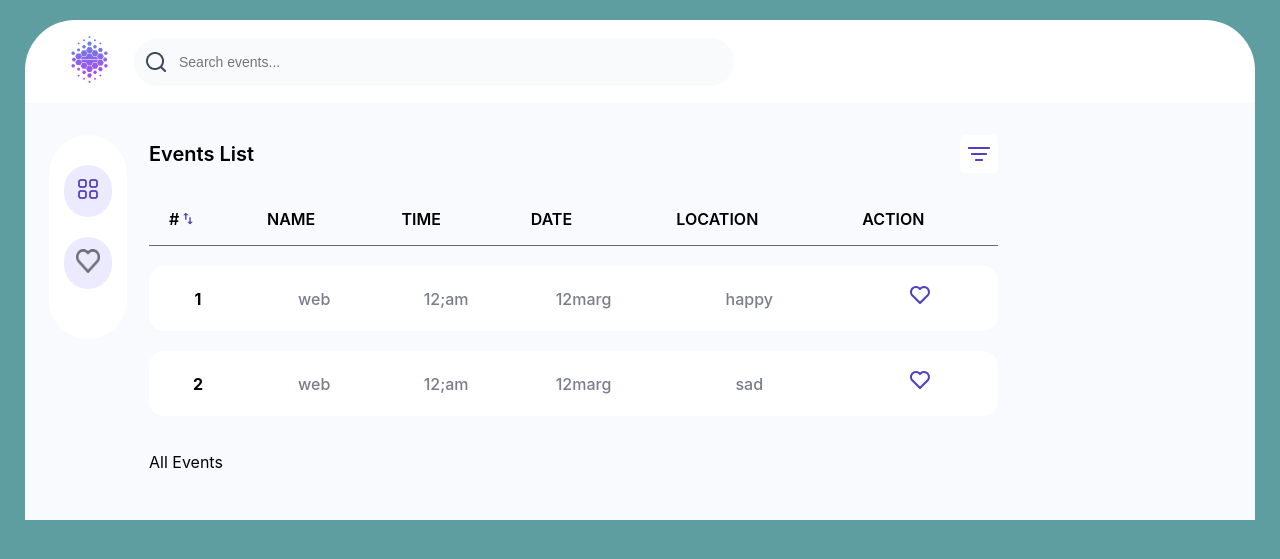
Repository: ahmadunitedsol710/react-dashboard
Page: /
An editor plug-in stored every save of this project. The page is shown before and after a run of saves, followed by the edit.
The browser window is 1280 px wide. The pictures show the whole page.
The project was rebuilt for these pictures with package versions that can differ from the ones it lists, and the page was loaded fresh each time.

Above is the page before, as saved 2024-07-30 11:30:34.

After the next 2 saves:
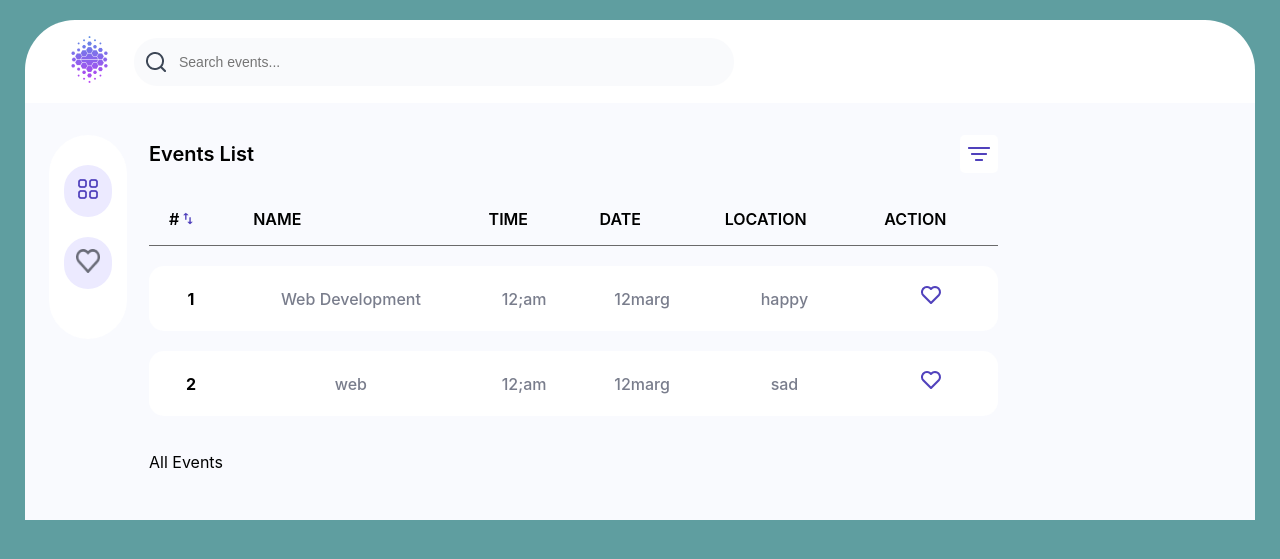
The 2 saves are shown as one change because they came seconds apart.
The last was saved 6 min 14 s later.
--- a/src/Components/Body/eventlist.js
+++ b/src/Components/Body/eventlist.js
@@ -8,7 +8,7 @@ const Eventlist = () => {
        const tabledata = [
 
 
-    {id:1,name:"web",time:'12;am',date:"12marg",location:"happy"},
+    {id:1,name:"Web Development",time:'12;am',date:"12marg",location:"happy"},
     {id:2,name:"web",time:'12;am',date:"12marg",location:"sad"}
        ]
     return (
